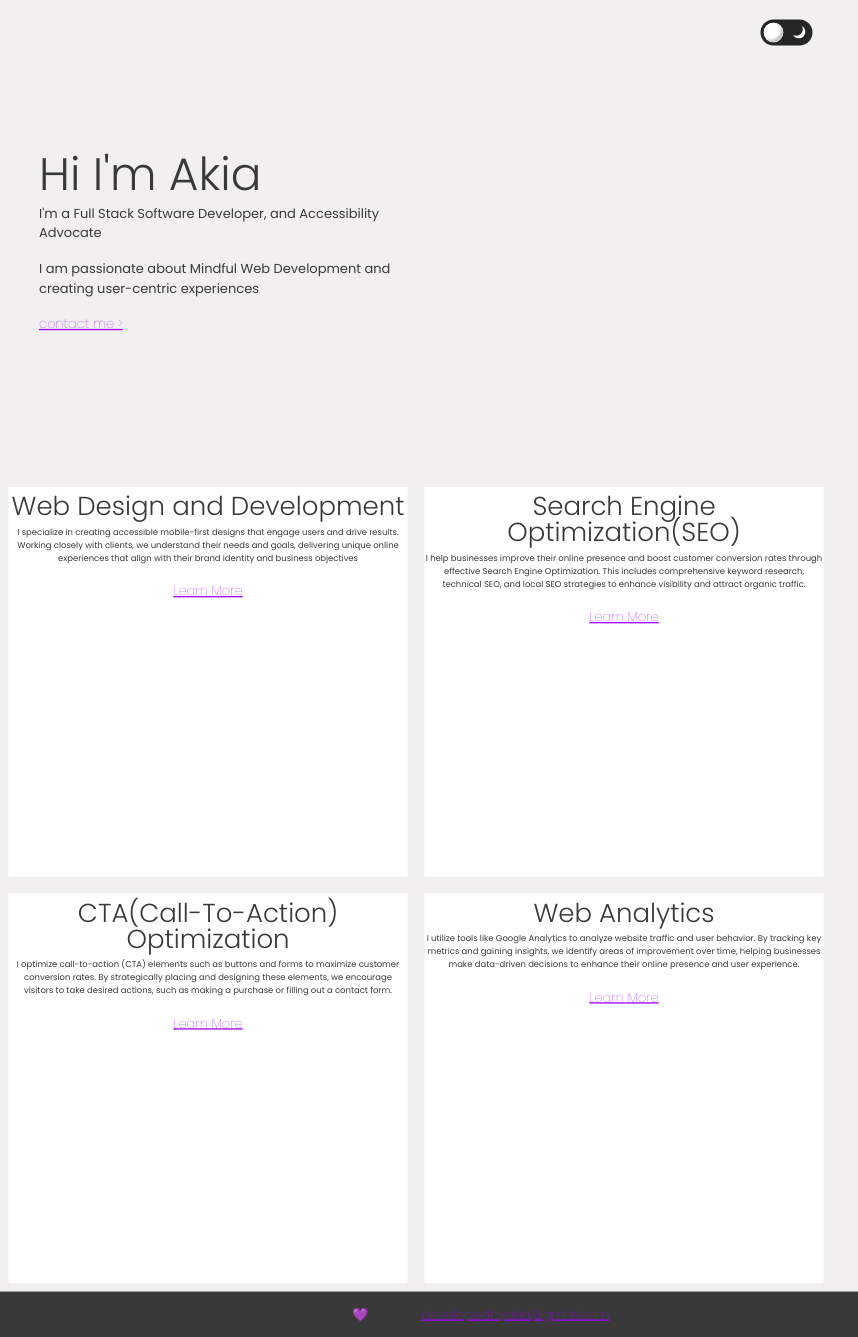
Repository: akiachenise/akiachenise.github.io
Page: index.html
An editor plug-in stored every save of this project. The page is shown before and after the next save, followed by the edit.
The browser window is 1280 px wide. The page is 1320 px wide, so the pictures cover 1320 px, including what lies to the right of the window. The pictures show the whole page, at 65% of full size.

Above is the page before, as saved 2023-06-09 08:29:03.

### index.html
<!DOCTYPE html>
<html lang = "en">
<head>
     <meta charset="utf-8" />
     <title>Developed By Akia</title>
     <link rel="stylesheet" href="css/styles.css" />
     <meta name="viewport" content="width=device-width, initial-scale=1">
</head>
<body>
    <header>
        <div class="switch">
            <div class="flicker"></div>
            <div class="moon"></div>
        </div>
    </header>

    <section class="main">
        <div class="main-text">
            <h1>Hi I'm Akia</h1>
            <p>I'm a Full Stack Software Developer, and Accessibility Advocate</p>
            <br/>
            <p>I am passionate about Mindful Web Development and creating user-centric experiences</p>
            <br/>
            <a href="#footer">contact me ></a>
        </div>

        <div class="hero-image">
            <div class="cube" id="react"></div>
            <div class="cube" id="javascript"></div>
            <div class="cube" id="html"></div>
            <div class="cube" id="css"></div>
        </div>

        </section>
    <section class="sub-section">
        <div class="square" id="web-design">
            <h2>Web Design and Development</h2>
            <p>I specialize in creating accessible mobile-first designs that engage users and drive results. Working closely with clients, we understand their needs and goals, delivering unique online experiences that align with their brand identity and business objectives</p>
            </br>
            <a href="">Learn More</a>
        </div>
        <div class="square" id="search-engine">
            <h2>Search Engine Optimization(SEO)</h2>
            <p>I help businesses improve their online presence and boost customer conversion rates through effective Search Engine Optimization. This includes comprehensive keyword research, technical SEO, and local SEO strategies to enhance visibility and attract organic traffic.</p>
            </br>
            <a href="">Learn More</a>
        </div>
        <div class="square" id="call-to-action">
            <h2>CTA(Call-To-Action) Optimization</h2>
            <p>I optimize call-to-action (CTA) elements such as buttons and forms to maximize customer conversion rates. By strategically placing and designing these elements, we encourage visitors to take desired actions, such as making a purchase or filling out a contact form.</p>
            </br>
            <a href="">Learn More</a>
        </div>
        <div class="square" id="web-analytics">
            <h2>Web Analytics</h2>
            <p>I utilize tools like Google Analytics to analyze website traffic and user behavior. By tracking key metrics and gaining insights, we identify areas of improvement over time, helping businesses make data-driven decisions to enhance their online presence and user experience.</p>
            </br>
            <a href="">Learn More</a>
        </div>
<!--<div class="square" id="coming-soon"></div>
            <h2>COMING SOON: Mindful Melanin</h2>
            <p>As an additional offering, I am developing an accessible web application called Mindful Melanin. This platform empowers black women by providing daily affirmations, journaling spaces, and goal setting and tracking features. It promotes self-care, mental well-being, and personal growth in a modern and accessible way.</p>
            </br>
            <a href="">Learn More</a>
        </div>-->
    </section>

        <footer id ="footer">
            <p>Developed with 💜 By Akia <a href="mailto:developedbyakia@gmail.com">developedbyakia@gmail.com</a></p>


            <script src="js/scripts.js"></script>
        </body>
    </html>

### css/styles.css
@import url('https://fonts.googleapis.com/css2?family=Poppins:ital,wght@0,100;0,200;0,300;0,400;0,500;0,600;0,700;0,800;0,900;1,100;1,200;1,400;1,500;1,600;1,700;1,800;1,900&display=swap');

body {
    transition: 0.3s;
    margin: 0;
    padding: 0;
    background-color: rgb(241, 239, 239);
    font-family: 'Poppins', sans-serif;
    color: rgb(57, 57, 57);
}

h1 {
    font-size: 70px;
    line-height:70px;
    font-weight: 300;
    margin: 10px 0;
}

h2 {
    font-size: 40px;
    line-height: 40px;
    font-weight: 300;
    margin: 10px 0;
}

p {
    margin: 0px;
    font-size: 20px;
}
.square p {
    margin: 0px;
    font-size: 13px;
}

a {
    color:rgb(162, 0, 255);
    font-size: 20px;
    font-weight: 100;
}

.dark a {
    color: rgb(246, 169, 241);
}


header {
    display: flex;
    justify-content: flex-end;
    padding: 30px;
}

.switch {
  width: 80px;
  height: 40px;
  border-radius: 20px;
  background-color: rgb(39, 38, 38);
  position: relative;
}

.flicker {
  width: 30px;
  height: 30px;
  border-radius: 15px;
  background-color: rgb(255, 255, 255);
  position: absolute;
  top: 5px;
  left: 5px;
  transition: 0.3s;
  box-shadow:
    inset 4px 4px 4px rgb(255, 255, 255),
    inset -4px -4px 4px rgb(195 193 198 / 90%);
}

.dark {
    background-color: rgb(57, 57, 57);
    transition: 0.3s;
}

.moon {
    width: 20px;
    height: 20px;
    border-radius: 10px;
    box-shadow: 4px 4px 0 0 rgb(255, 255, 255);
    position: absolute;
    top: 5px;
    left: 45px;
}

.dark .flicker {
    transform: translateX(40px);
    transition: 0.3s;
}

.dark > * {
    color: rgb(255, 255, 255);
}

.main{
    height: 80vh;
    display: flex;
    flex-direction: row;
    justify-content: space-between;
    align-items: center;
    padding: 30px;
}
.main-text {
    padding: 30px;
    margin-bottom: 100px;
}

.square {
    width: 98%;
    margin: 1%;
    height: 350px;
    background-color: rgb(255, 255, 255);
    text-align: center;
}

.dark .square {
    background-color: rgb(71, 71, 71);
}

/*#web-design {
    background-image: url("../images/web-design.png");
    background-size: cover;
}

#search-engine {
    background-image: url("../images/search-engine.png");
    background-size: cover;
}

#call-to-action {
    background-image: url("../images/call-to-action.png");
    background-size: cover;
}

#web-analytics {
    background-image: url("../images/web-analytics.png");
    background-size: cover;
}

#coming-soon {
    background-image: url("../images/coming-soon-light.png");
    background-size: cover;
}
.dark #coming-soon {
    background-image: url("../images/coming-soon-dark.png");
    background-size: cover;
}*/

.sub-section {
    display: flex;
    flex-wrap: wrap;
}

.hero-image {
    position: relative;
    width: 50%;
    height: 350px;
    display: block;
    margin-bottom: 100px;
}

.cube {
    position: absolute;
    width: 80px;
    height: 79px;
    transform:rotate(-25deg) skew(25deg);
}

.cube:before {
    position: absolute;
    content: "";
    width: 21px;
    height: 79px;
    transform: skewY(-45deg);
    left: -20px;
    bottom: -10px;
}

.cube:after {
    position: absolute;
    content: "";
    width: 100%;
    height: 21px;
    transform: skewX(-45deg);
    left: -10px;
    bottom: -20px;
}

#html {
    left: 100px;
    bottom: 80px;
    background-image: url("../images/html-square.png");
    background-size: cover;
    background-color: rgb(175, 119, 227);
    box-shadow: rgb(50 50  50/ 15%);
}

#html:before {
    background-color: rgb(189, 154, 221);
}

#html:after {
    background-color: rgb(205, 188, 221);
}

#css {
    left: 250px;
    bottom: 240px;
    background-image: url("../images/css-square.png");
    background-size: cover;
    background-color: rgb(227, 119, 191);
    box-shadow: -100px 100px 20px rgb(50 50 50/ 15%);
  }

  #css:before {
    background-color: rgb(221, 154, 207);
  }

  #css:after {
    background-color: rgb(221, 188, 211);
  }

  #javascript {
    left: 450px;
    bottom: 200px;
    background-image: url("../images/javascript-square.png");
    background-size: cover;
    background-color: rgb(119, 227, 186);
    box-shadow: -40px 40px 20px rgb(50 50 50/ 15%);
  }

  #javascript:before {
    background-color: rgb(154, 221, 202);
  }

  #javascript:after {
    background-color: rgb(188, 221, 212);
  }

  #react {
    left: 350px;
    bottom: 40px;
    background-image: url("../images/react-square.png");
    background-size: cover;
    background-color: rgb(119, 193, 227);
    box-shadow: -80px 80px 20px rgb(50 50 50/ 15%);
  }

  #react:before {
    background-color: rgb(154, 189, 221);
  }

  #react:after {
    background-color: rgb(188, 200, 221);
  }


footer {
    background-color: rgb(57, 57, 57);
    width: 100%;
    padding: 20px;
    display: flex;
    font-family: poppins;
    align-items: center;
    justify-content: center;
}

.dark footer {
    background-color: rgb(8, 8, 8);
    width: 100%;
    padding: 20px;
    display: flex;
    font-family: poppins;
    align-items: center;
    justify-content: center;
}


@media only screen and (min-width: 970px) {
    .main-text {
        width: 50%;
    }
    .square {
        width: 48%;
        margin: 1%;
        height: 600px;
    }
}

@media only screen and (max-width: 1300px) {
    .hero-image {
        display: none;
    }
}

### js/scripts.js
const switchElement = document.querySelector('.switch')

switchElement.addEventListener('click', () => {
  document.body.classList.toggle('dark')
})

After the next save:
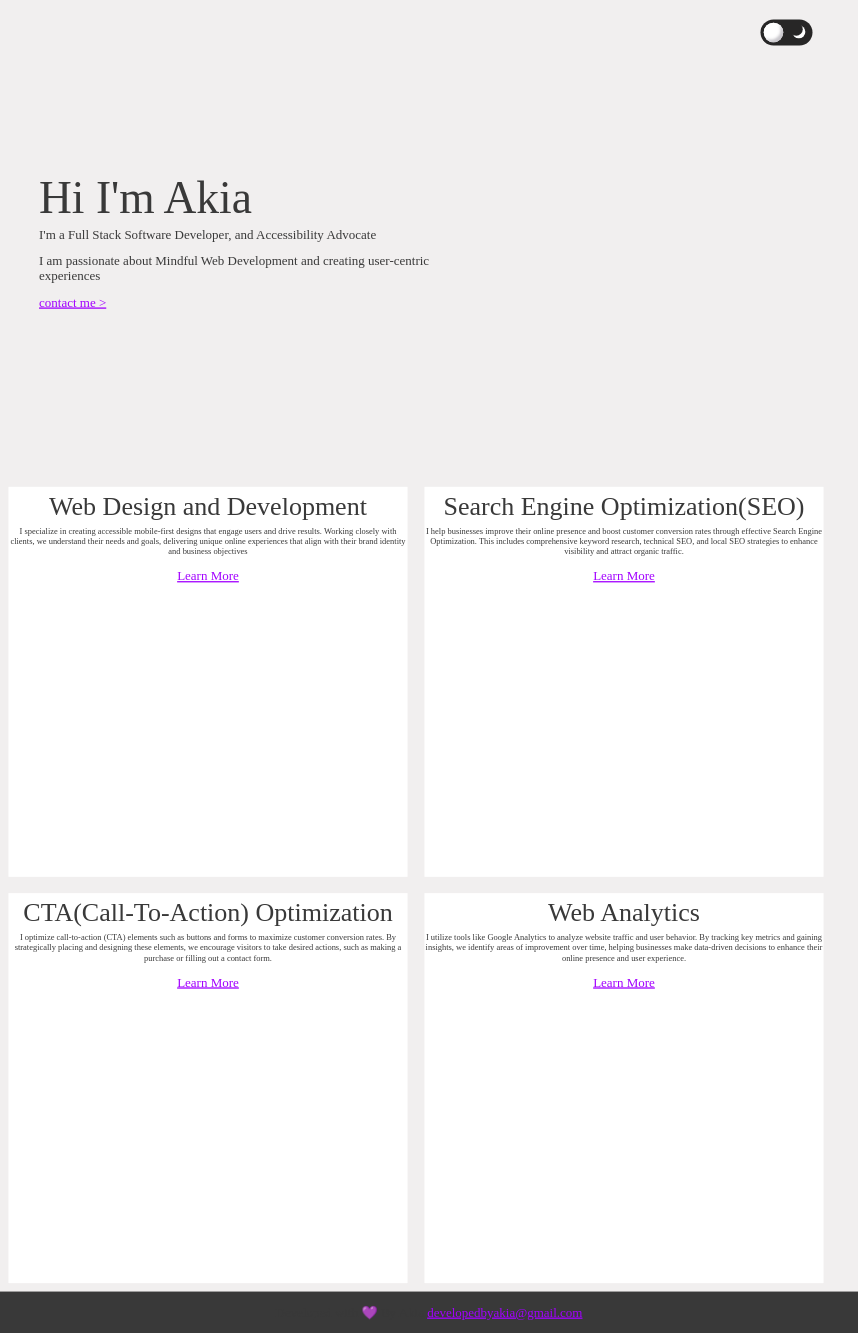
Saved 8 min 17 s later.
--- a/css/styles.css
+++ b/css/styles.css
@@ -1,11 +1,11 @@
-@import url('https://fonts.googleapis.com/css2?family=Poppins:ital,wght@0,100;0,200;0,300;0,400;0,500;0,600;0,700;0,800;0,900;1,100;1,200;1,400;1,500;1,600;1,700;1,800;1,900&display=swap');
+@import url('https://fonts.googleapis.com/css2?family=''Poppins', 'sans-serif'', sans-serif:ital,wght@0,100;0,200;0,300;0,400;0,500;0,600;0,700;0,800;0,900;1,100;1,200;1,400;1,500;1,600;1,700;1,800;1,900&display=swap');
 
 body {
     transition: 0.3s;
     margin: 0;
     padding: 0;
     background-color: rgb(241, 239, 239);
-    font-family: 'Poppins', sans-serif;
+    font-family: 'Poppins', 'sans-serif';
     color: rgb(57, 57, 57);
 }
 
@@ -263,7 +263,7 @@ footer {
     width: 100%;
     padding: 20px;
     display: flex;
-    font-family: poppins;
+    font-family: 'Poppins', 'sans-serif';
     align-items: center;
     justify-content: center;
 }
@@ -273,7 +273,7 @@ footer {
     width: 100%;
     padding: 20px;
     display: flex;
-    font-family: poppins;
+    font-family: 'Poppins', 'sans-serif';
     align-items: center;
     justify-content: center;
 }
